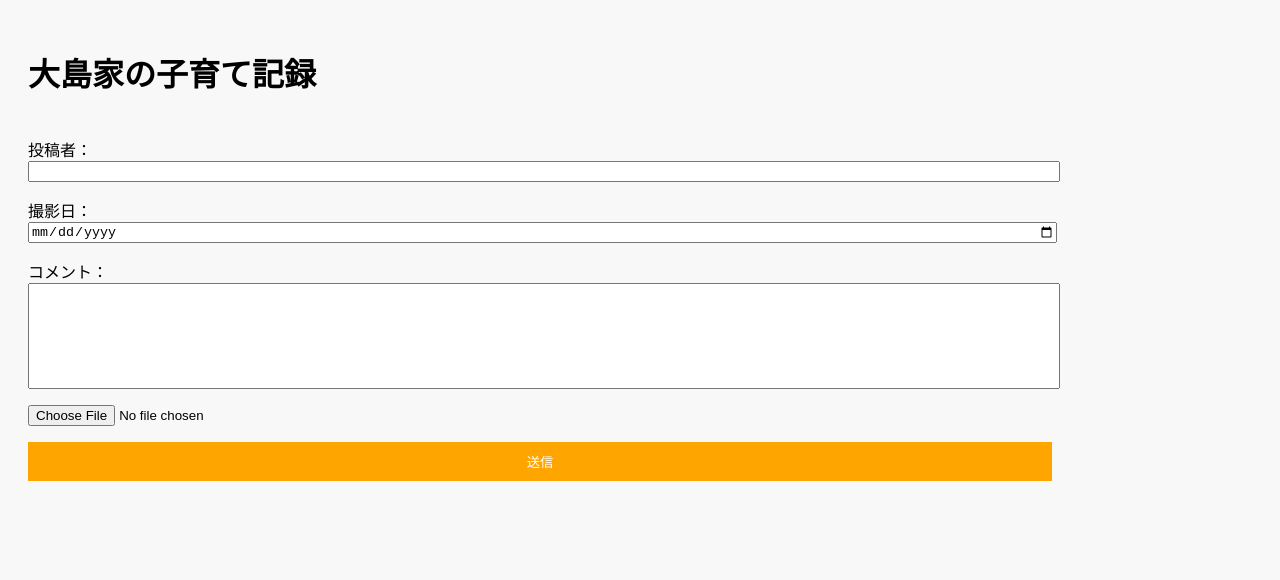
Repository: daidai0602/gs_kadai_questionnaire
Page: http://localhost/post.php
These files come from the project's save history. The page is drawn as it stood at one moment and after the next save; the edit follows.
The browser window is 1280 px wide. The pictures show the whole page.
The page is run by PHP 8.4 with error messages shown; the project is at /var/www/html/.

Above is the page before, as saved 2023-11-15 23:18:43.

### post.php
<!DOCTYPE html>
<html lang="ja">
<head>
  <meta charset="UTF-8">
  <title>Document</title>
  <style>
    body {
      font-family: Arial, Helvetica, sans-serif;
      background-color: #f8f8f8;;
      padding: 20px;
      width: 80%;
      /* text-align: center; */
    }
    h1 {
      padding-bottom: 20px;
    }
    input{
      width: 100%;
    }
    input[type=textarea]{
      height: 100px;
    }
    input[type=file]{
      padding: ;
    }
    input[type=submit]{
      background-color: orange;
      color: white;
      padding: 10px 20px;
      border: none;
      cursor: pointer;

    }

  </style>
</head>
<body>
  <h1>大島家の子育て記録</h1>
  <form action="write.php" method="post" enctype="multipart/form-data">
    <p>投稿者：<br>
       <input type="text" name="name" size="15" required></p>
    <p>撮影日：<br>
       <input type="date" name="date" required></p>
    <p>コメント：<br>
       <input type="textarea" name="comment" size="20" required></p>
    <p><input type="file" name="upload_image"accept=".jpg,.jpeg,.png"></p>
    <p><input type="submit" class="btn_submit" value="送信"></p>
  </form>
</body>
</html>

After the next save:
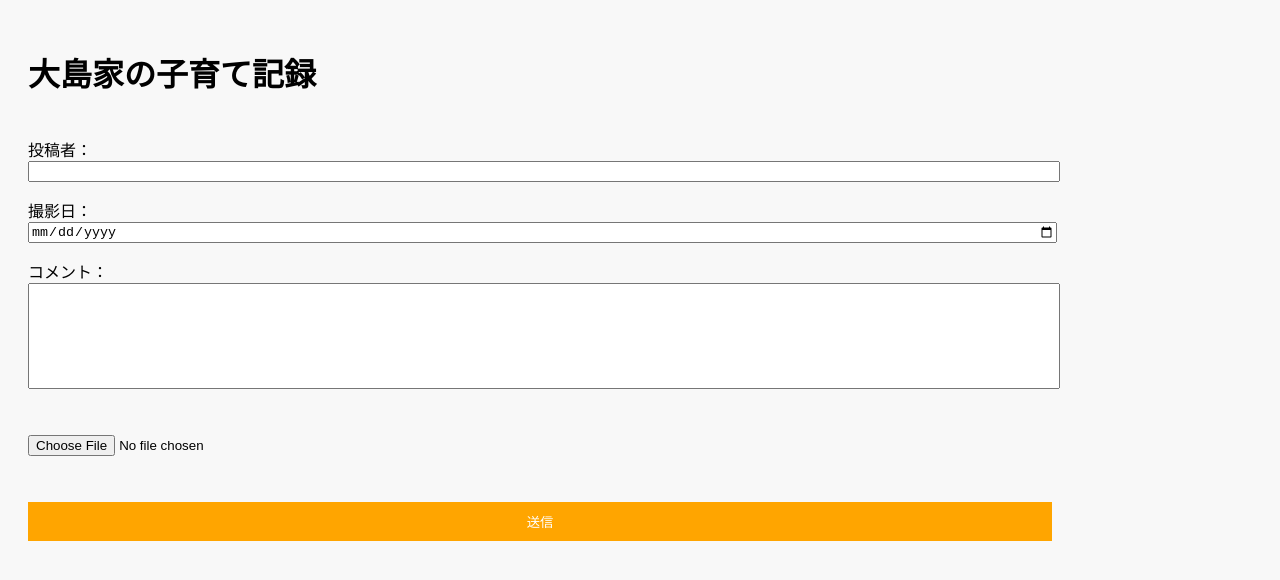
Saved 6 s later.
--- a/post.php
+++ b/post.php
@@ -21,7 +21,7 @@
       height: 100px;
     }
     input[type=file]{
-      padding: ;
+      padding: 30px 0;
     }
     input[type=submit]{
       background-color: orange;
